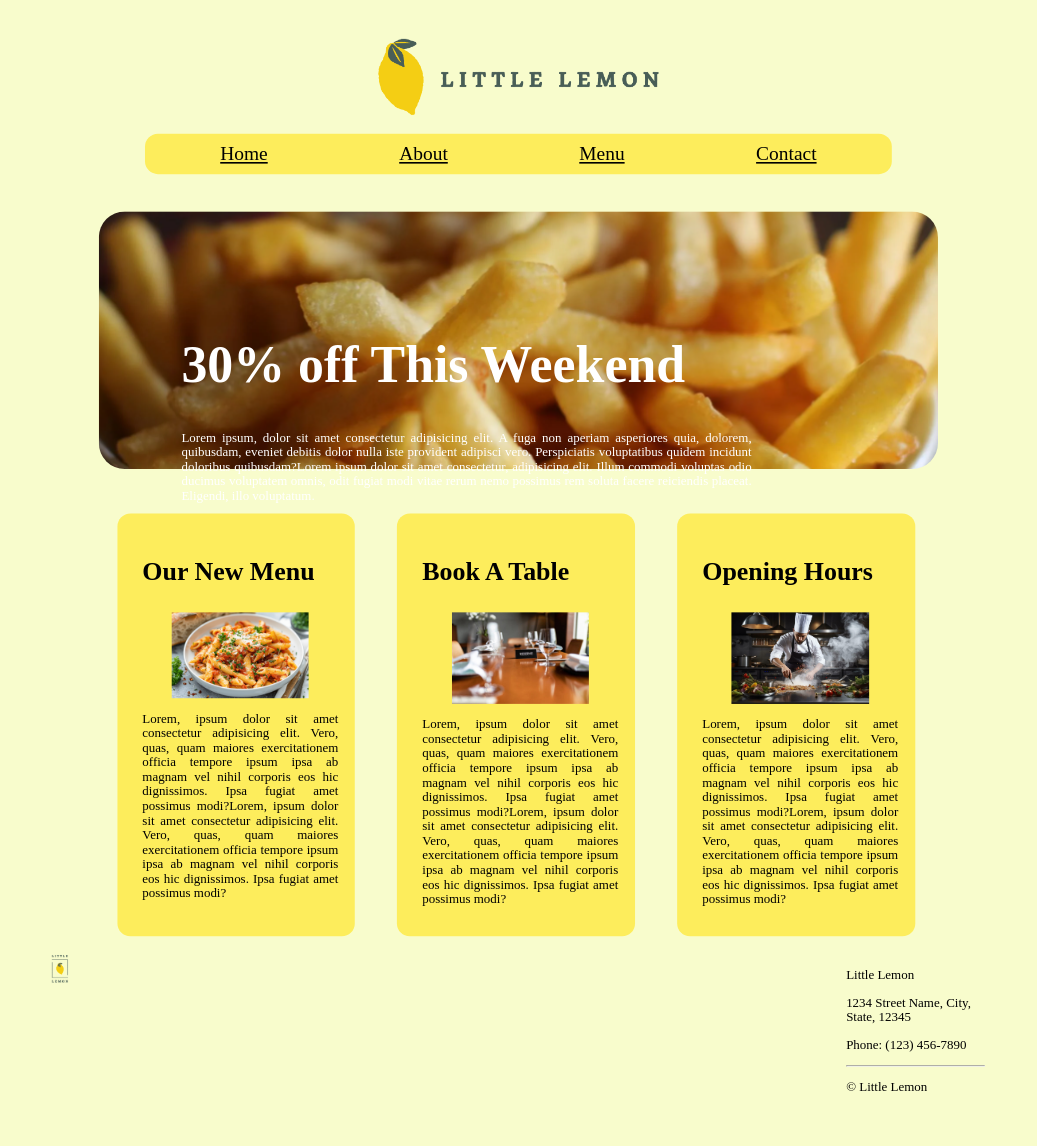
Repository: Yeshwanth-189/meta-html-css
Page: index.html
An editor plug-in stored every save of this project. The page is shown before and after the next save, followed by the edit.
The browser window is 1280 px wide. The pictures show the whole page, at 81% of full size.

Above is the page before, as saved 2025-04-22 00:29:50.

After the next save:
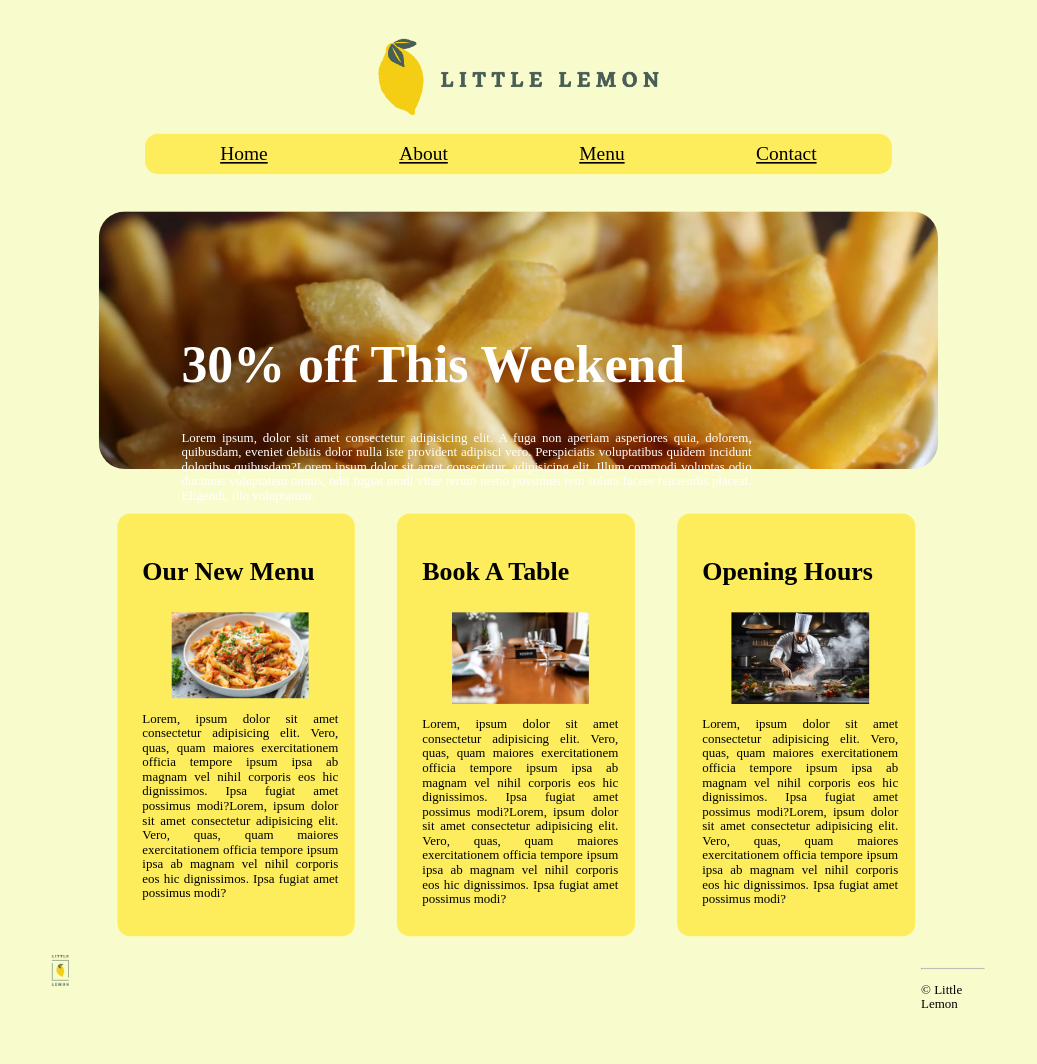
Saved 91 s later.
--- a/index.html
+++ b/index.html
@@ -49,9 +49,6 @@
                 <img src="/Logos/Asset 20@4x.png" alt="Little Lemon Logo">
             </div>
             <div>
-                <p>Little Lemon</p>
-                <p>1234 Street Name, City, State, 12345</p>
-                <p>Phone: (123) 456-7890</p>
                 <p><hr></p>
                 <p>&copy; Little Lemon</p>
             </div>

After the save that followed:
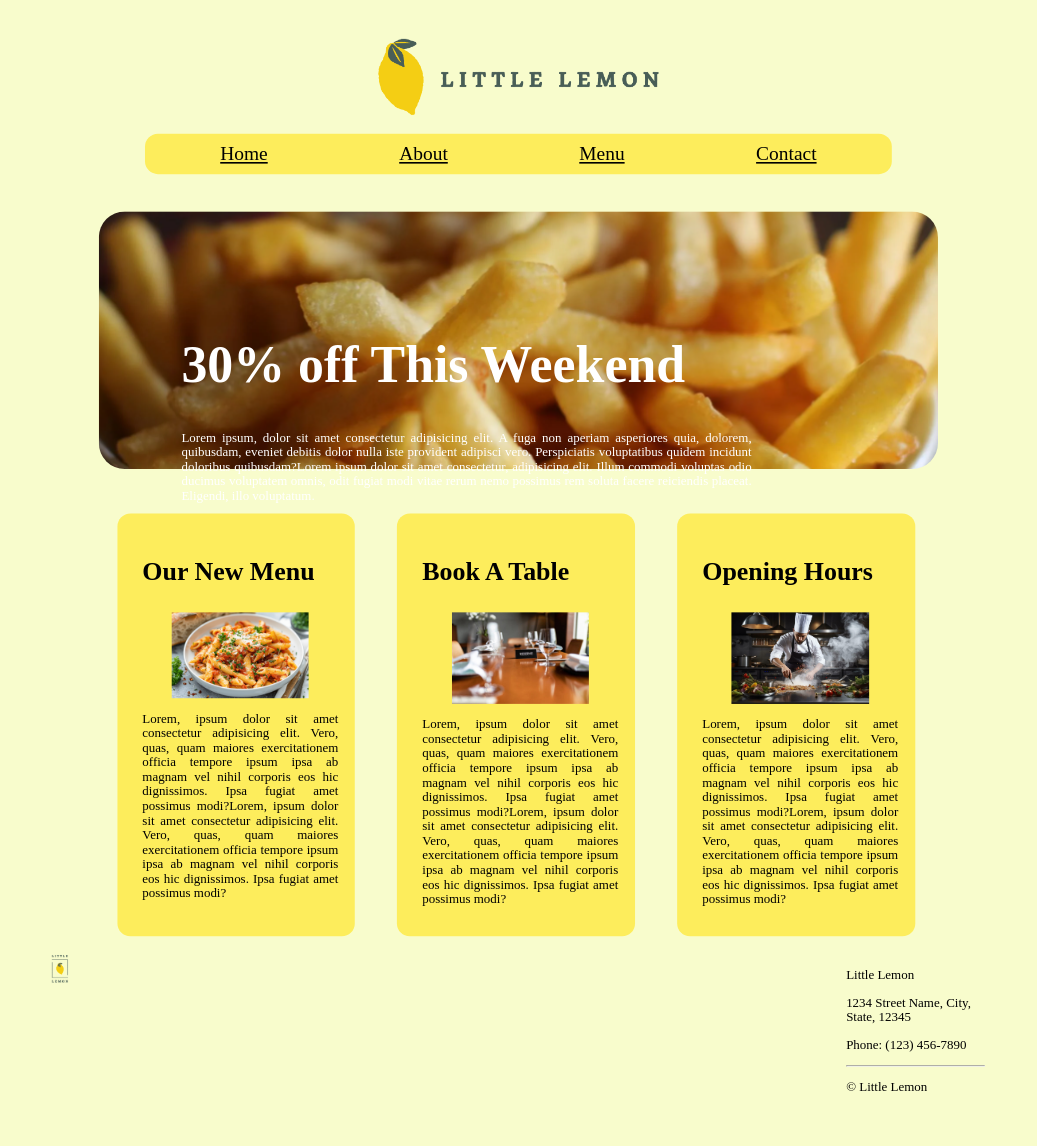
Saved 6 s later.
--- a/index.html
+++ b/index.html
@@ -49,6 +49,9 @@
                 <img src="/Logos/Asset 20@4x.png" alt="Little Lemon Logo">
             </div>
             <div>
+                <p>Little Lemon</p>
+                <p>1234 Street Name, City, State, 12345</p>
+                <p>Phone: (123) 456-7890</p>
                 <p><hr></p>
                 <p>&copy; Little Lemon</p>
             </div>
